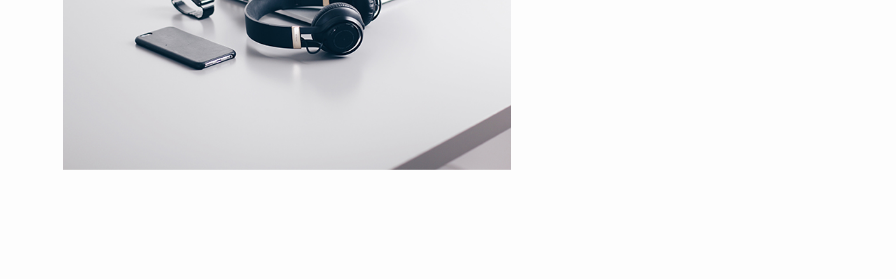
Repository: Gabi-Augusto/Portfolio
Page: index.html
These files come from the project's save history. The page is drawn as it stood at one moment and after the next save; the edit follows.
The browser window is 1280 px wide. The pictures show the part of the page from y = 2462 to 4382 px (the page is 2860 px tall before and 5172 px after), at 70% of full size.

Above is the page before, as saved 2023-11-29 18:43:09.

After the next save:
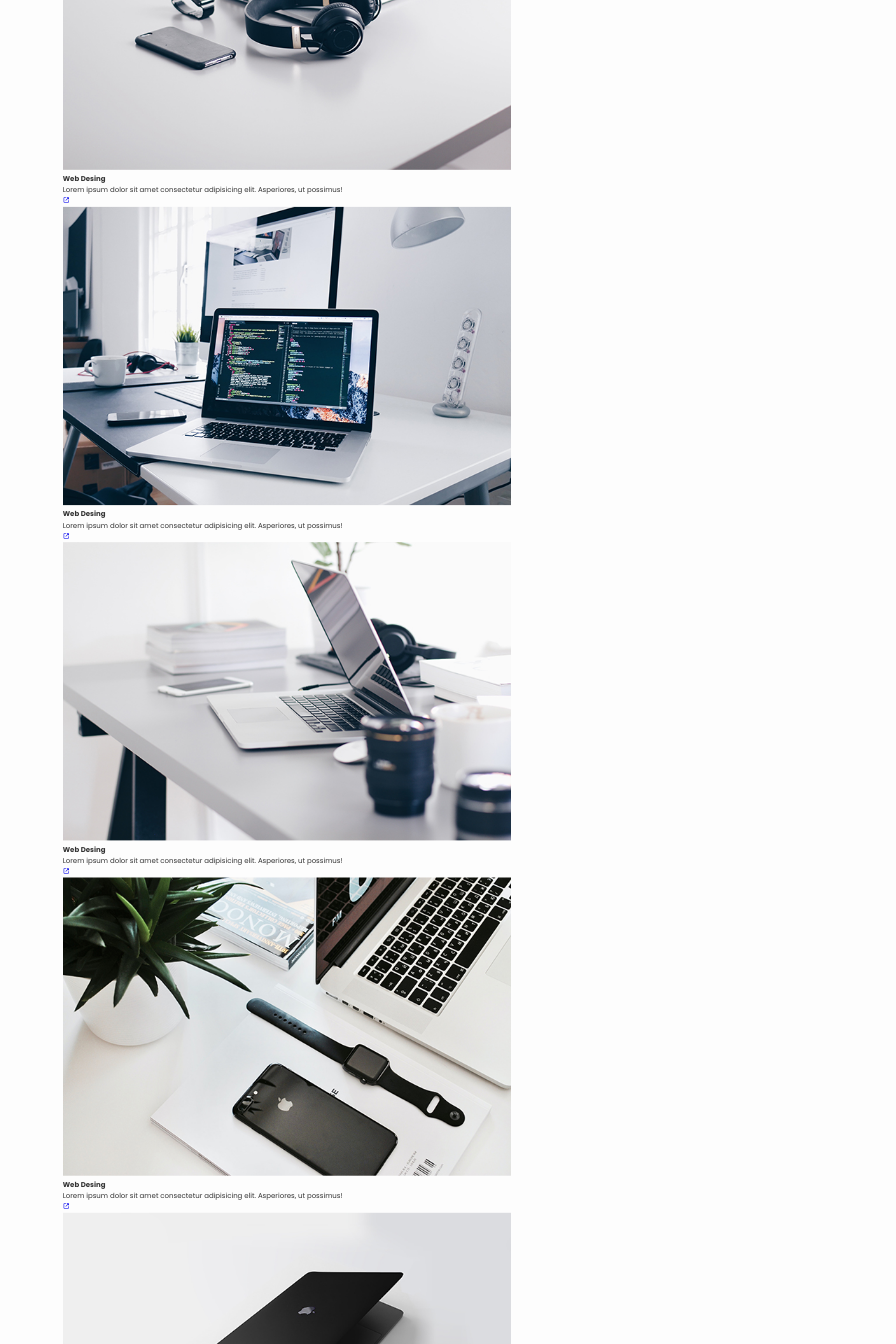
Saved 9 min 2 s later.
--- a/index.html
+++ b/index.html
@@ -127,7 +127,64 @@
         <div class="portfolio-container">
             <div class="portfolio-box">
                 <img src="imagens/portfolio1.jpg" alt="">
-            </div>
+
+                <div class="portfolio-layer">
+                    <h4>Web Desing</h4>
+                    <p>Lorem ipsum dolor sit amet consectetur adipisicing elit. Asperiores, ut possimus!</p>
+                    <a href="#"><i class='bx bx-link-external' ></i></a>
+                </div>
+            </div>
+
+            <div class="portfolio-box">
+                <img src="imagens/portfolio2.jpg" alt="">
+
+                <div class="portfolio-layer">
+                    <h4>Web Desing</h4>
+                    <p>Lorem ipsum dolor sit amet consectetur adipisicing elit. Asperiores, ut possimus!</p>
+                    <a href="#"><i class='bx bx-link-external' ></i></a>
+                </div>
+            </div>
+
+            <div class="portfolio-box">
+                <img src="imagens/portfolio3.jpg" alt="">
+
+                <div class="portfolio-layer">
+                    <h4>Web Desing</h4>
+                    <p>Lorem ipsum dolor sit amet consectetur adipisicing elit. Asperiores, ut possimus!</p>
+                    <a href="#"><i class='bx bx-link-external' ></i></a>
+                </div>
+            </div>
+
+            <div class="portfolio-box">
+                <img src="imagens/portfolio4.jpg" alt="">
+
+                <div class="portfolio-layer">
+                    <h4>Web Desing</h4>
+                    <p>Lorem ipsum dolor sit amet consectetur adipisicing elit. Asperiores, ut possimus!</p>
+                    <a href="#"><i class='bx bx-link-external' ></i></a>
+                </div>
+            </div>
+
+            <div class="portfolio-box">
+                <img src="imagens/portfolio5.jpg" alt="">
+
+                <div class="portfolio-layer">
+                    <h4>Web Desing</h4>
+                    <p>Lorem ipsum dolor sit amet consectetur adipisicing elit. Asperiores, ut possimus!</p>
+                    <a href="#"><i class='bx bx-link-external' ></i></a>
+                </div>
+            </div>
+
+            <div class="portfolio-box">
+                <img src="imagens/portfolio6.jpg" alt="">
+
+                <div class="portfolio-layer">
+                    <h4>Web Desing</h4>
+                    <p>Lorem ipsum dolor sit amet consectetur adipisicing elit. Asperiores, ut possimus!</p>
+                    <a href="#"><i class='bx bx-link-external' ></i></a>
+                </div>
+            </div>
+
         </div>
     </section>
 
